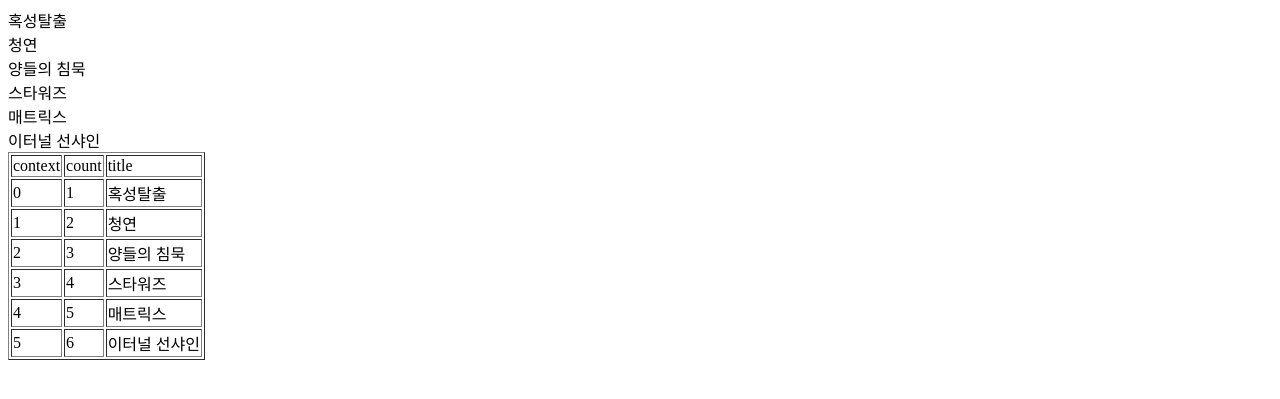
Repository: totesbk/JSP-
Page: http://localhost/web07/ex13_forEach.jsp
These files come from the project's save history. The page is drawn as it stood at one moment and after the next save; the edit follows.
The browser window is 1280 px wide. The pictures show the whole page.
The page is served by Tomcat 9. Other server files are loaded and not shown.

Above is the page before, as saved 2020-10-12 01:50:04.

### web07/WebContent/ex13_forEach.jsp
<%@ page language="java" contentType="text/html; charset=UTF-8"
    pageEncoding="UTF-8"%>
    <%@ taglib prefix="c" uri="http://java.sun.com/jsp/jstl/core" %>
<!DOCTYPE html>
<html>
<head>
<meta charset="UTF-8">
<title>Insert title here</title>
</head>
<body>
<%
	String[] movieList={"혹성탈출","청연","양들의 침묵","스타워즈","매트릭스","이터널 선샤인"};
	pageContext.setAttribute("movieList",movieList);
%>

<c:forEach var="movieTitle" items="${movieList}">
	${movieTitle}<br>
</c:forEach>

<table border="1">
	<tr>
		<td>context</td>
		<td>count</td>
		<td>title</td>
	</tr>
	<c:forEach var="movieTitle" items='${movieList}' varStatus="status">
		<tr>
			<td>${status.index}</td>
			<td>${status.count}</td>
			<td>${movieTitle}</td>
		</tr>
	</c:forEach>

</table>
</body>
</html>

After the next save:
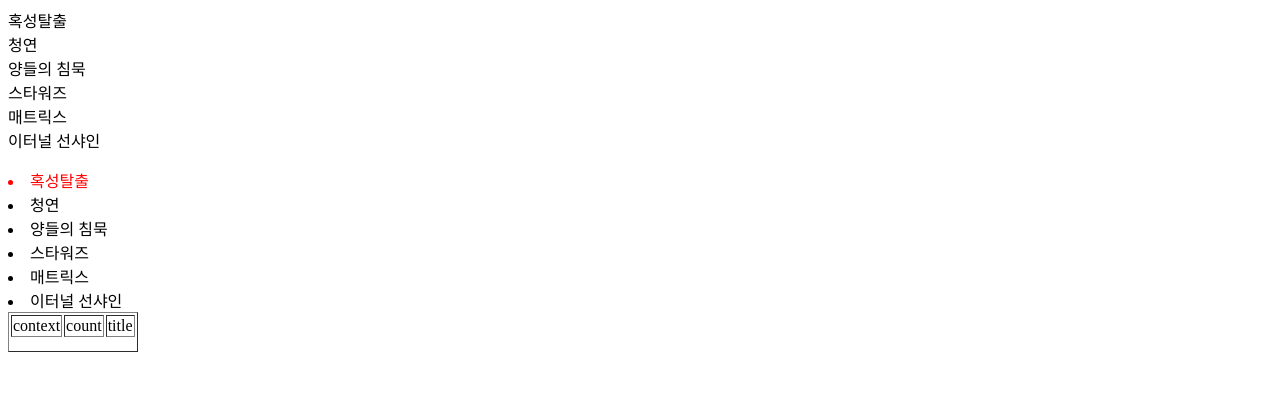
Saved 4 min 53 s later.
--- a/web07/WebContent/ex13_forEach.jsp
+++ b/web07/WebContent/ex13_forEach.jsp
@@ -23,14 +23,22 @@
 		<td>count</td>
 		<td>title</td>
 	</tr>
+<ul>
 	<c:forEach var="movieTitle" items='${movieList}' varStatus="status">
 		<tr>
-			<td>${status.index}</td>
-			<td>${status.count}</td>
-			<td>${movieTitle}</td>
+			<c:choose>
+				<c:when test="${status.first}">
+					<li style="fontweight:bold; color:red;">${movieTitle}</li>
+				</c:when>
+				<c:otherwise>
+					<li>${movieTitle}</li>
+				</c:otherwise>
+			</c:choose>
 		</tr>
 	</c:forEach>
+</ul>
+</table>
 
-</table>
+
 </body>
 </html>
